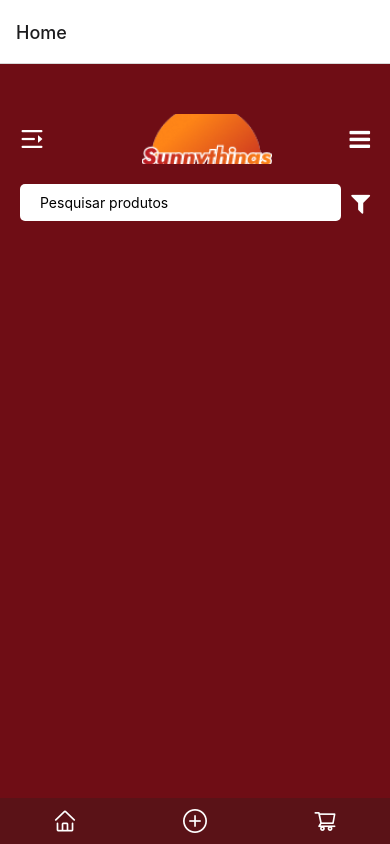
Repository: Luizzzin/SuperMercado
Screen: / (app in suny/)
The author's editor kept a copy of each file at every save. The screen is drawn from the files as they stood at one save, then again after the next save.
The app was drawn by React Native's web renderer in a window 390 px wide. The project was rebuilt for these pictures with package versions that can differ from the ones it lists, and the page was loaded fresh each time.

Above is the screen before, as saved 2024-05-09 11:21:08.

After the next save:
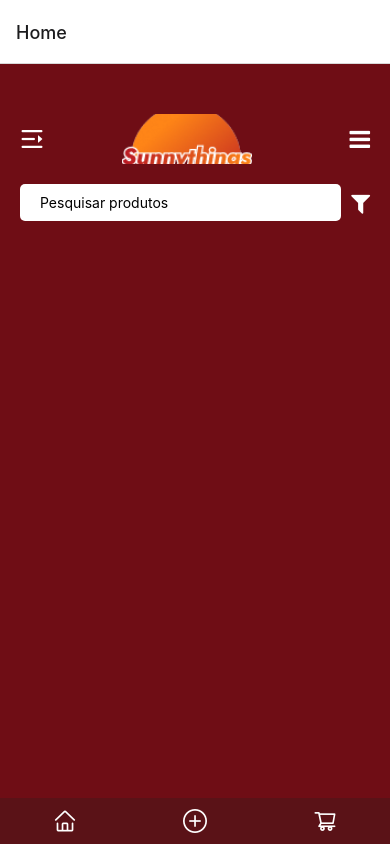
Saved 11 s later.
--- a/suny/HomeScreen.js
+++ b/suny/HomeScreen.js
@@ -68,7 +68,7 @@
   logo: {
     width: 130,
     height: 50,
-    left: 10,
+    right: 10,
   },
   searchBar: {
     flexDirection: 'row',
